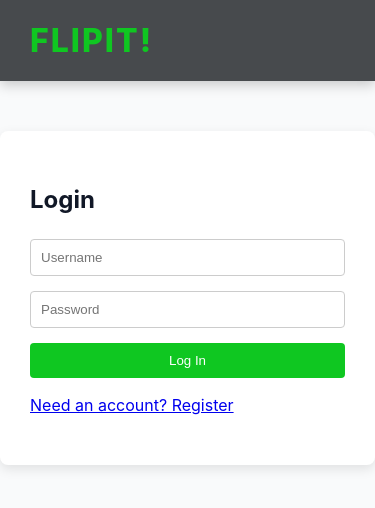
Repository: Mohyih/flipit
Page: / (app in frontend/)
An editor plug-in stored every save of this project. The page is shown before and after the next save, followed by the edit.
The browser window is 375 px wide. The pictures show the whole page.
The project was rebuilt for these pictures with package versions that can differ from the ones it lists, and the page was loaded fresh each time. Also part of the build but not shown: frontend/vite.config.js, frontend/src/components/Dashboard.jsx, frontend/src/components/SetEditor.jsx, frontend/src/components/Quiz.jsx.

Above is the page before, as saved 2025-10-24 22:02:54.

After the next save:
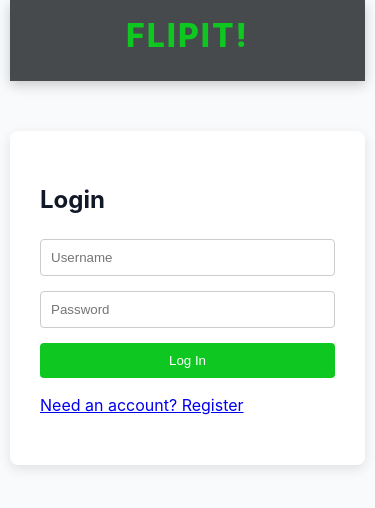
Saved 2 min 12 s later.
--- a/frontend/src/App.css
+++ b/frontend/src/App.css
@@ -832,3 +832,88 @@ body {
     -webkit-font-smoothing: antialiased;
     color: inherit;
 }
+
+@media (max-width: 1024px) {
+  .app-header {
+    padding: 10px 15px;
+    flex-direction: column;
+    align-items: center;
+    gap: 10px;
+  }
+
+  .logo-button {
+    font-size: 1.8rem;
+    text-align: center;
+  }
+
+  .header-controls {
+    display: flex;
+    flex-wrap: wrap;
+    justify-content: center;
+    gap: 8px;
+  }
+
+  .nav-button,
+  .create-set-button {
+    padding: 8px 14px;
+    font-size: 0.9rem;
+  }
+
+  .dashboard {
+    padding: 15px;
+  }
+
+  .set-list {
+    display: flex;
+    flex-wrap: wrap;
+    justify-content: center;
+    gap: 12px;
+  }
+
+  .set-card {
+    width: 100%;
+    max-width: 350px;
+    margin: 0 auto;
+  }
+}
+
+@media (max-width: 600px) {
+  .app {
+    padding: 0 10px;
+  }
+
+  .app-header {
+    flex-direction: column;
+    align-items: center;
+    text-align: center;
+  }
+
+  .header-controls {
+    flex-direction: column;
+    align-items: stretch;
+    gap: 10px;
+    width: 100%;
+  }
+
+  .nav-button,
+  .create-set-button {
+    width: 100%;
+    padding: 10px 0;
+    font-size: 1rem;
+    border-radius: 8px;
+  }
+
+  .set-list {
+    flex-direction: column;
+    align-items: stretch;
+  }
+
+  .set-card {
+    width: 100%;
+    padding: 15px;
+  }
+
+  .set-description {
+    font-size: 0.9rem;
+  }
+}

After the save that followed:
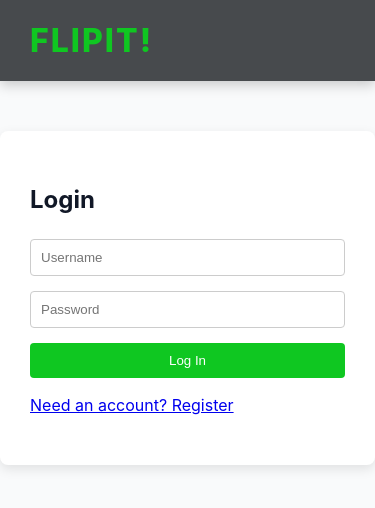
Saved 2 min 24 s later.
--- a/frontend/src/App.css
+++ b/frontend/src/App.css
@@ -832,88 +832,3 @@ body {
     -webkit-font-smoothing: antialiased;
     color: inherit;
 }
-
-@media (max-width: 1024px) {
-  .app-header {
-    padding: 10px 15px;
-    flex-direction: column;
-    align-items: center;
-    gap: 10px;
-  }
-
-  .logo-button {
-    font-size: 1.8rem;
-    text-align: center;
-  }
-
-  .header-controls {
-    display: flex;
-    flex-wrap: wrap;
-    justify-content: center;
-    gap: 8px;
-  }
-
-  .nav-button,
-  .create-set-button {
-    padding: 8px 14px;
-    font-size: 0.9rem;
-  }
-
-  .dashboard {
-    padding: 15px;
-  }
-
-  .set-list {
-    display: flex;
-    flex-wrap: wrap;
-    justify-content: center;
-    gap: 12px;
-  }
-
-  .set-card {
-    width: 100%;
-    max-width: 350px;
-    margin: 0 auto;
-  }
-}
-
-@media (max-width: 600px) {
-  .app {
-    padding: 0 10px;
-  }
-
-  .app-header {
-    flex-direction: column;
-    align-items: center;
-    text-align: center;
-  }
-
-  .header-controls {
-    flex-direction: column;
-    align-items: stretch;
-    gap: 10px;
-    width: 100%;
-  }
-
-  .nav-button,
-  .create-set-button {
-    width: 100%;
-    padding: 10px 0;
-    font-size: 1rem;
-    border-radius: 8px;
-  }
-
-  .set-list {
-    flex-direction: column;
-    align-items: stretch;
-  }
-
-  .set-card {
-    width: 100%;
-    padding: 15px;
-  }
-
-  .set-description {
-    font-size: 0.9rem;
-  }
-}
